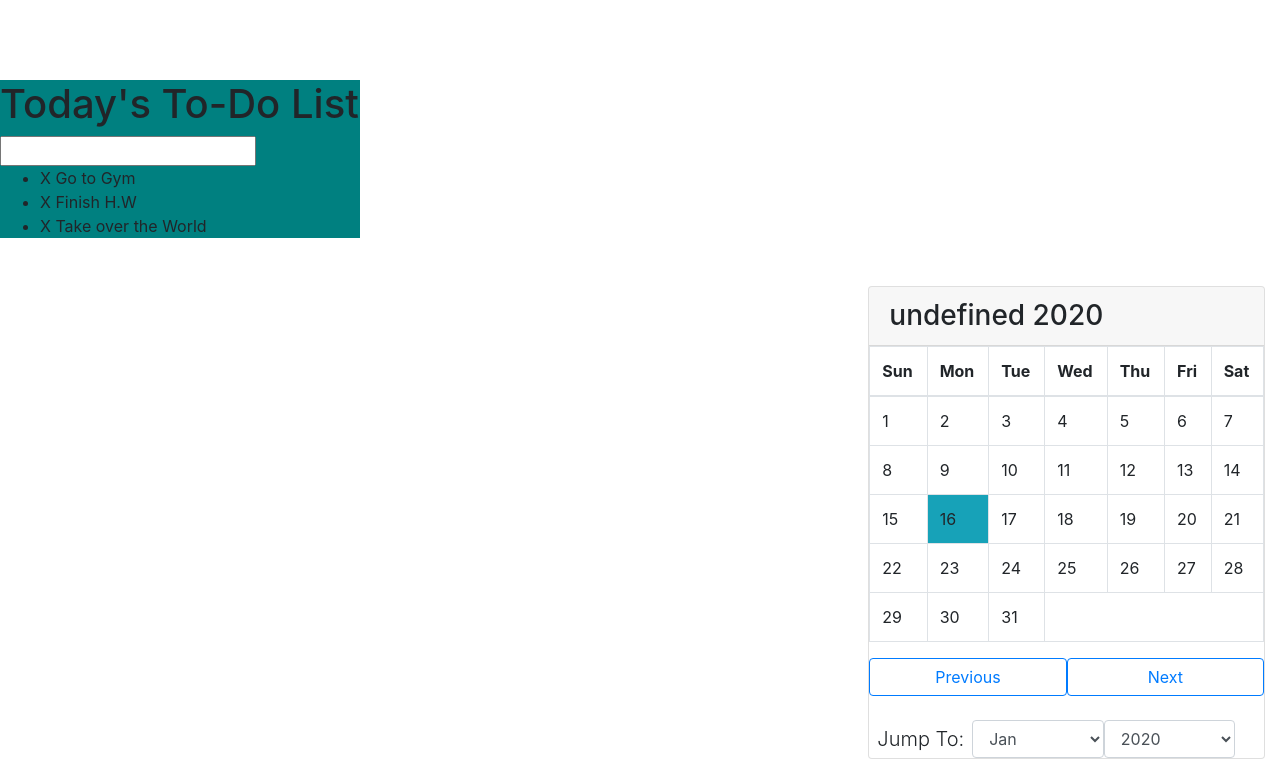
Repository: kkyler24/DayPlanner
Page: Index.html
An editor plug-in stored every save of this project. The page is shown before and after the next save, followed by the edit.
The browser window is 1280 px wide. The pictures show the whole page.
Some web libraries are served in a nearby version.

Above is the page before, as saved 2020-03-25 16:37:51.

### Index.html
<!DOCTYPE html>
<html lang="en">
<head>
    <meta charset="UTF-8">
    <meta name="viewport" content="width=device-width, initial-scale=1.0">
    <script type="text/javascript" src="Assets/todoJS/Lib/jquery-3.4.1.min.js" ></script>
    <!-- Style Sheets -->
    <link rel="stylesheet" href="https://maxcdn.bootstrapcdn.com/bootstrap/4.0.0/css/bootstrap.min.css" integrity="sha384-Gn5384xqQ1aoWXA+058RXPxPg6fy4IWvTNh0E263XmFcJlSAwiGgFAW/dAiS6JXm" crossorigin="anonymous">
    <link rel="stylesheet" type="text/CSS" href="Assets/todocss/todostyles.css">
    <link rel="stylesheet"  type="text/CSS" href="style.css">
    <title>Planner</title>
</head>
<body>
<Main>
<!-- todo list Set up -->
<Div>
<Section>
    <div id="ContainerTodo">
        <H1>Today's To-Do List</H1>
        <input type="text">
        <ul>
            <li><span>X</span> Go to Gym</li>
            <li><span>X</span> Finish H.W</li>
            <li><span>X</span> Take over the World</li>
        </ul>





         </div>
</Section>
 <!-- calendar set up -->
 <sectiontwo>
    <div class="container col-sm-4 col-md-7 col-lg-4 mt-5">
        <div class="card">
            <h3 class="card-header" id="monthAndYear"></h3>
            <table class="table table-bordered table-responsive-md" id="calendar">
                <thead>
                <tr>
                    <th>Sun</th>
                    <th>Mon</th>
                    <th>Tue</th>
                    <th>Wed</th>
                    <th>Thu</th>
                    <th>Fri</th>
                    <th>Sat</th>
                </tr>
                </thead>

                <tbody id="calendar-body">

                </tbody>
            </table>

            <div class="form-inline">

                <button class="btn btn-outline-primary col-sm-6" id="previous" onclick="previous()">Previous</button>

                <button class="btn btn-outline-primary col-sm-6" id="next" onclick="next()">Next</button>
            </div>
            <br/>
            <form class="form-inline">
                <label class="lead mr-2 ml-2" for="month">Jump To: </label>
                <select class="form-control col-sm-4" name="month" id="month" onchange="jump()">
                    <option value=0>Jan</option>
                    <option value=1>Feb</option>
                    <option value=2>Mar</option>
                    <option value=3>Apr</option>
                    <option value=4>May</option>
                    <option value=5>Jun</option>
                    <option value=6>Jul</option>
                    <option value=7>Aug</option>
                    <option value=8>Sep</option>
                    <option value=9>Oct</option>
                    <option value=10>Nov</option>
                    <option value=11>Dec</option>
                </select>


                <label for="year"></label><select class="form-control col-sm-4" name="year" id="year" onchange="jump()">

                <option value=2020>2020</option>
                <option value=2021>2021</option>
                <option value=2022>2022</option>
                <option value=2023>2023</option>
                <option value=2024>2024</option>
                <option value=2025>2025</option>
                <option value=2026>2026</option>
                <option value=2027>2027</option>
                <option value=2028>2028</option>
                <option value=2029>2029</option>
                <option value=2030>2030</option>
                <option value=2030>2030</option>
                <option value=2030>2030</option>
                <option value=2030>2030</option>
                <option value=2030>2030</option>
            </select></form>
        </div>
    </div>
    <!--<button name="jump" onclick="jump()">Go</button>-->
</sectiontwo>
</Div>
</Main>
<script src="https://code.jquery.com/jquery-3.2.1.slim.min.js" integrity="sha384-KJ3o2DKtIkvYIK3UENzmM7KCkRr/rE9/Qpg6aAZGJwFDMVNA/GpGFF93hXpG5KkN" crossorigin="anonymous"></script>
<script src="https://cdnjs.cloudflare.com/ajax/libs/popper.js/1.12.9/umd/popper.min.js" integrity="sha384-ApNbgh9B+Y1QKtv3Rn7W3mgPxhU9K/ScQsAP7hUibX39j7fakFPskvXusvfa0b4Q" crossorigin="anonymous"></script>
<script src="https://maxcdn.bootstrapcdn.com/bootstrap/4.0.0/js/bootstrap.min.js" integrity="sha384-JZR6Spejh4U02d8jOt6vLEHfe/JQGiRRSQQxSfFWpi1MquVdAyjUar5+76PVCmYl" crossorigin="anonymous"></script>

<Script type="text/javascript" src="javascript.js"></Script>
<Script type="text/javascript" src="Assets/todo JS/todo.js"></Script>
</body>
</html>

### Assets/todocss/todostyles.css
#ContainerTodo{
  background: teal;
  width: 360px;
  margin-top:5rem;

}

### style.css
.container{
    margin-right: 0;
}

### javascript.js
let today = new Date();
let currentMonth = today.getMonth();
let currentYear = today.getFullYear();
let selectYear = document.getElementById("year");
let selectMonth = document.getElementById("month");


let months = ["January", "February", "March", "April", "May", "June", "July", "August", "September", "October", "November", "December"];

let monthAndYear = document.getElementById("monthAndYear");
showCalendar(currentMonth, currentYear);

function showCalendar(month, year){

    let firstDay =(new Date(year, month)).getDay();
    let daysInMonth = 32- new Date(year, month, 32).getDate();

    // -->body of the Calendar<--
    let tbl = document.getElementById("calendar-body");


// -->clear previous cells, for new month<--
    tbl.innerHTML="";

    monthAndYear.innerHTML= months[months]+" "+ year;

    // --> create cells for Calendar<--
    let date = 1;
    for(let i = 0; i < 6; i++){
        let row  = document.createElement("tr");
        // --> creating table rows. not really sure about the 6 part. inquire why you need a 6 and not a 7-->

        // creating indivdual cells, and putting data in them.

        for(let j = 0; j < 7; j++){
            if(i===0 && j< firstDay){
                let cell = document.createElement("td");
                let cellText = document.createTextNode("");
                cell.appendChild(cellText);
                row.appendChild(cell);
            }
            else if(date > daysInMonth)
             { break;

        }
        else {
            let cell = document.createElement("td");
            let cellText = document.createTextNode(date);
            if(date ===today.getDate() && year === today.getFullYear() && month === today.getMonth()){
                cell.classList.add
                // --> bootstrap colors, try to get a wider variety of colors <--
                ("bg-info");
            }
            cell.appendChild(cellText);
            row.appendChild(cell);


        }
        date++;

        }

        tbl.appendChild(row);

    }

}

function previous(){
    currentYear =( currentMonth === 0)? currentYear -1 : currentYear;
    currentMonth = currentMonth === 0? 11:currentMonth-1;
    showCalendar(currentMonth, currentYear);
}

function next(){
    currentYear = (currentMonth ===11)? currentYear + 1: currentYear;
    currentMonth = (currentMonth + 1) % 12;
    showCalendar (currentMonth, currentYear);

}
// To do list set up

Loaded but not shown: Assets/todo JS/Lib/jquery-3.4.1.min.js (library); Assets/todo JS/todo.js (no stored copy; drawn as an empty file)

After the next save:
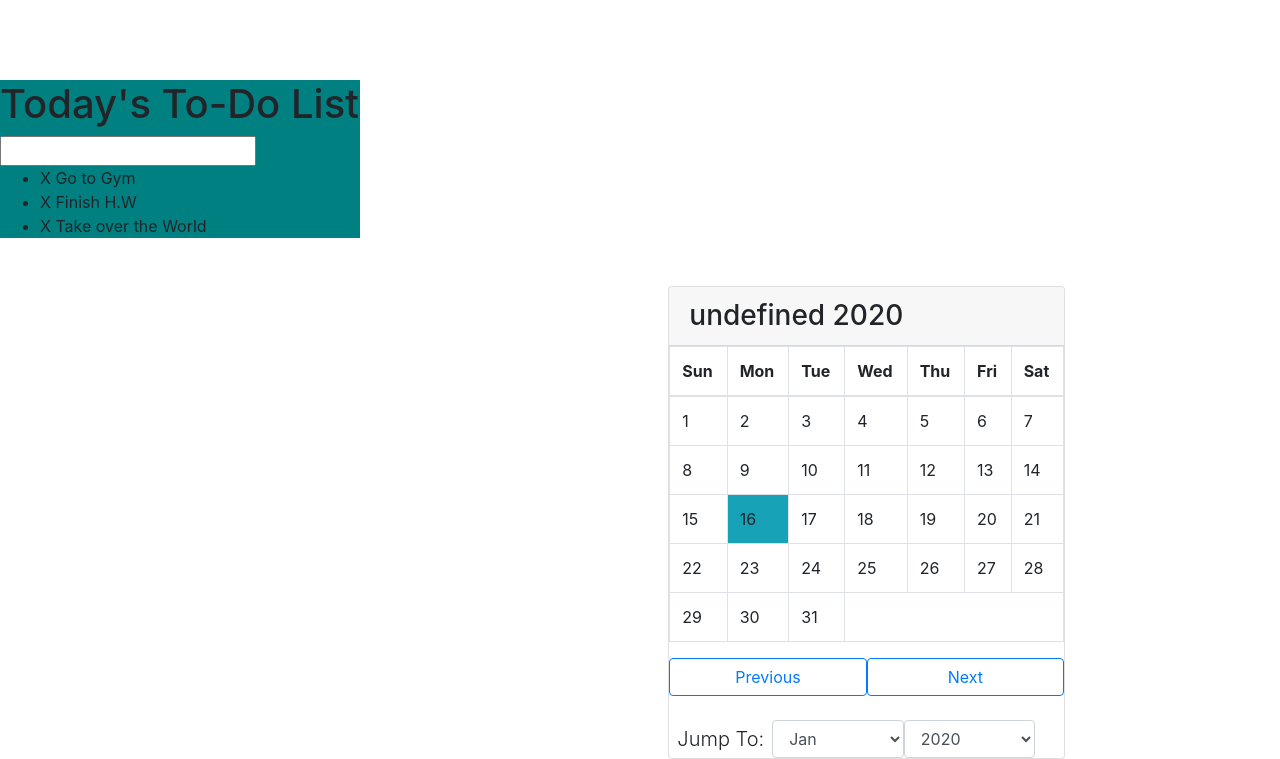
Saved 33 s later.
--- a/style.css
+++ b/style.css
@@ -1,3 +1,3 @@
 .container{
-    margin-right: 0;
+    margin-right: 200px;
 }
